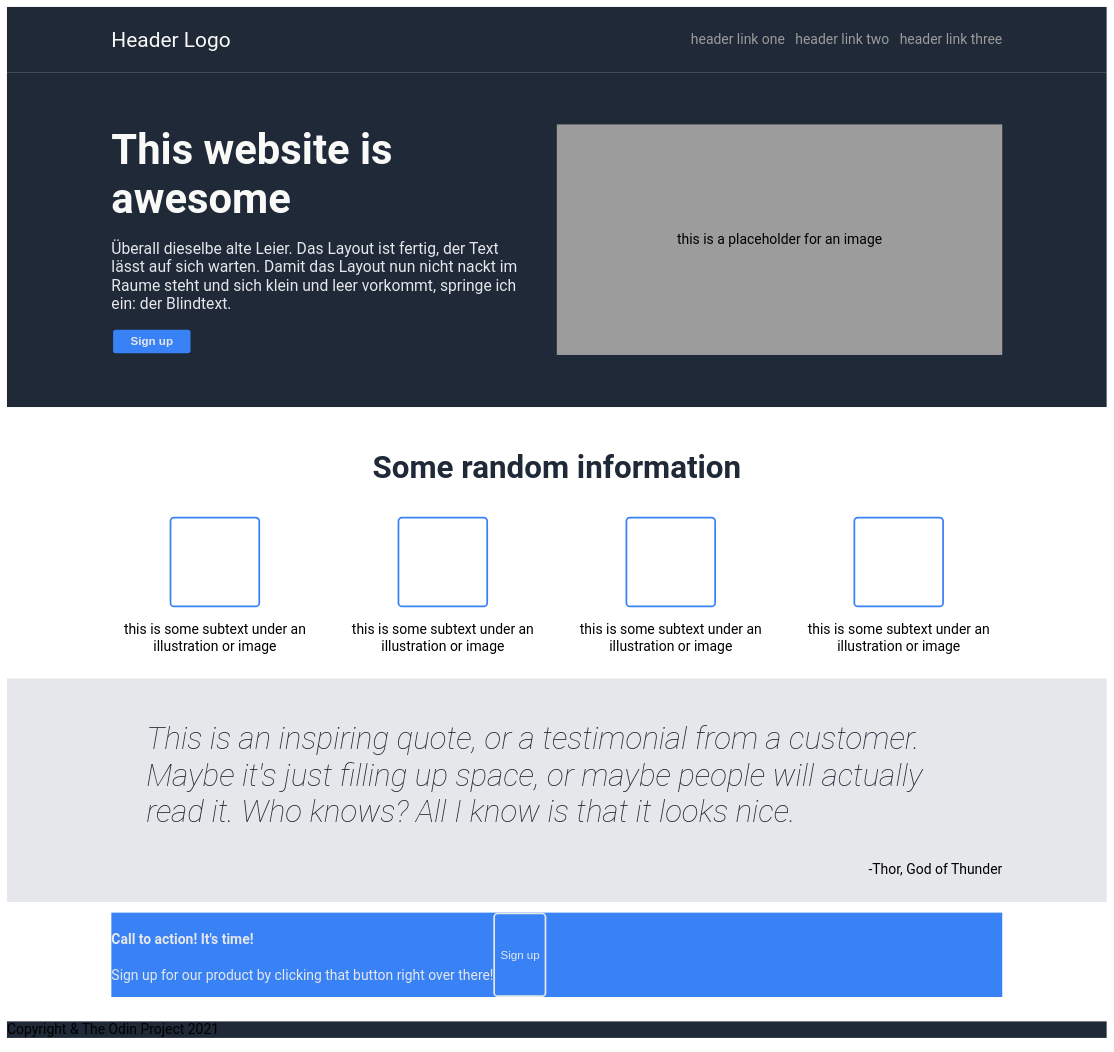
Repository: evemcd/odin_project
Page: odin-project2-landing-page/index.html
These files come from the project's save history. The page is drawn as it stood at one moment and after the next save; the edit follows.
The browser window is 1280 px wide. The pictures show the whole page, at 87% of full size.

Above is the page before, as saved 2022-02-08 11:23:31.

After the next save:
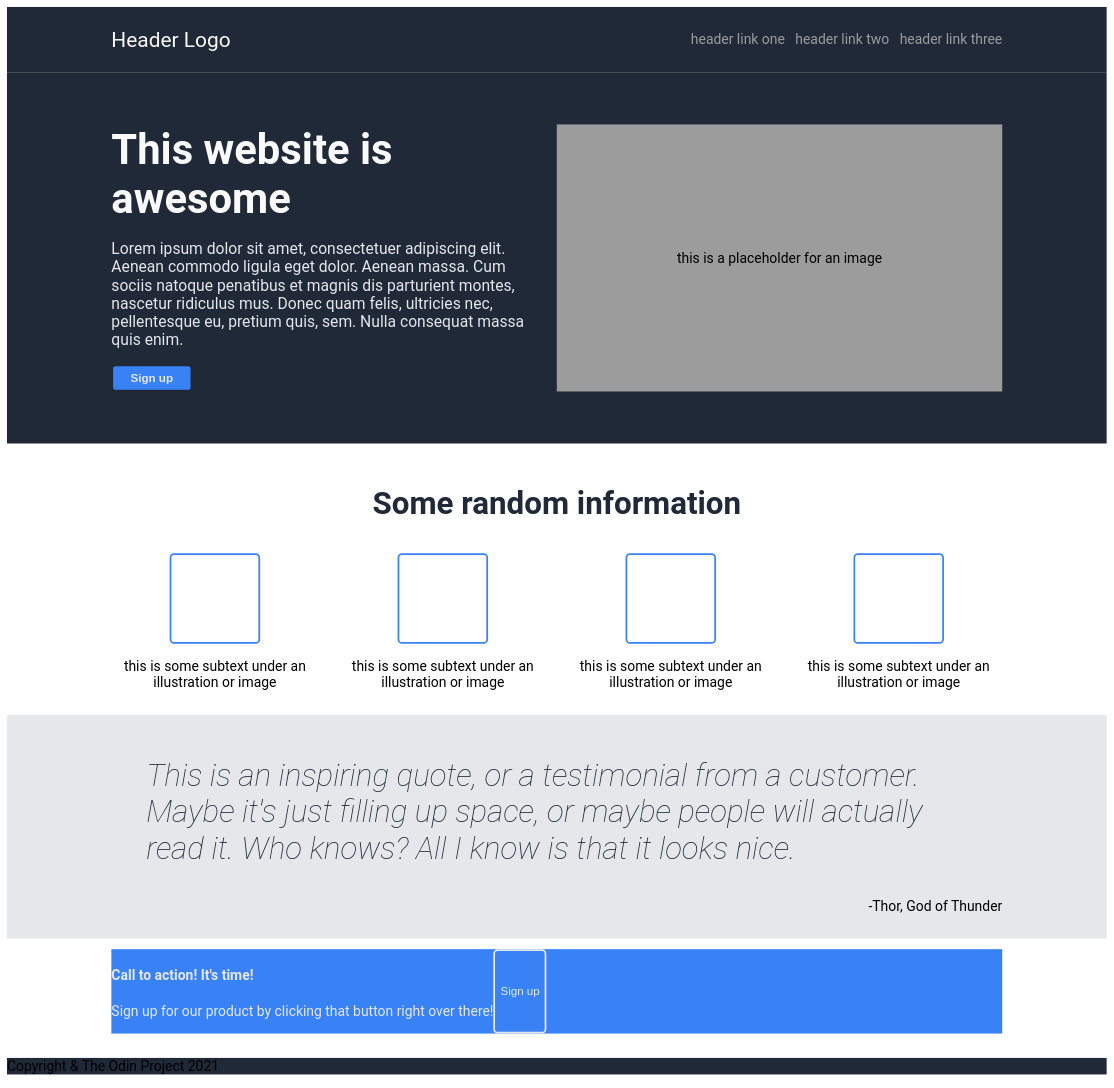
Saved 50 s later.
--- a/odin-project2-landing-page/index.html
+++ b/odin-project2-landing-page/index.html
@@ -19,7 +19,7 @@
     <div class="container1">
         <div>
             <h2>This website is awesome</h2>
-            <p>Überall dieselbe alte Leier. Das Layout ist fertig, der Text lässt auf sich warten. Damit das Layout nun nicht nackt im Raume steht und sich klein und leer vorkommt, springe ich ein: der Blindtext.</p>
+            <p>Lorem ipsum dolor sit amet, consectetuer adipiscing elit. Aenean commodo ligula eget dolor. Aenean massa. Cum sociis natoque penatibus et magnis dis parturient montes, nascetur ridiculus mus. Donec quam felis, ultricies nec, pellentesque eu, pretium quis, sem. Nulla consequat massa quis enim.</p>
             <button>Sign up</button>
         </div>
         <div class="placeholder">
